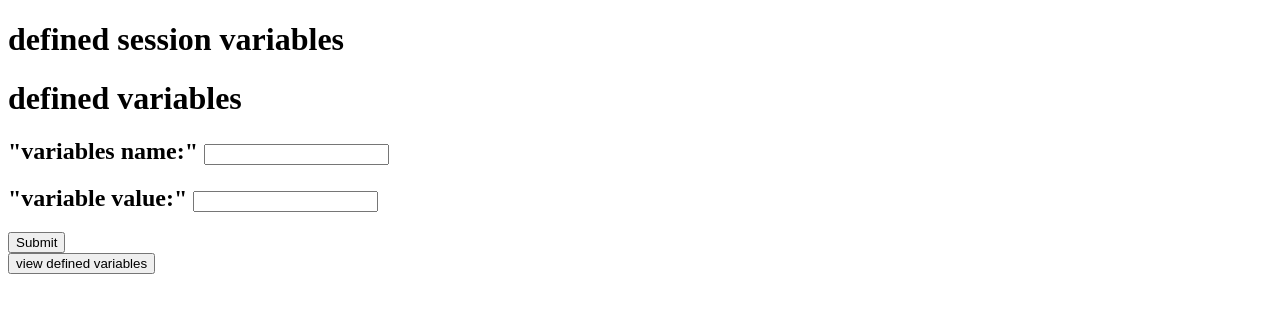
Repository: yousukeimura/attend_app
Page: Practice_php/lesson10.html
The author's editor kept a record of every edit. The page is drawn from the files as they stood at one moment, then again after the next edit.
The browser window is 1280 px wide. The pictures show the whole page.

Above is the page before.

### Practice_php/lesson10.html
<!DOCTYPE html>
<html>
<head>
</head>


<body>
 <form action="" method="POSt">
<h1>defined session variables</h1>
<h1>defined variables</h1>
<h2>"variables name:"
    <input type="text" name="var_name" value>
</h2>
<h2>
 "variable value:"
 <input type="value" value>
 </h2>
 <input type="submit" name="define_variable">
</form>

<form action="" method="GET">
    <input type="submit" value="view defined variables">
</form>

</body>
</html>

After the next edit:
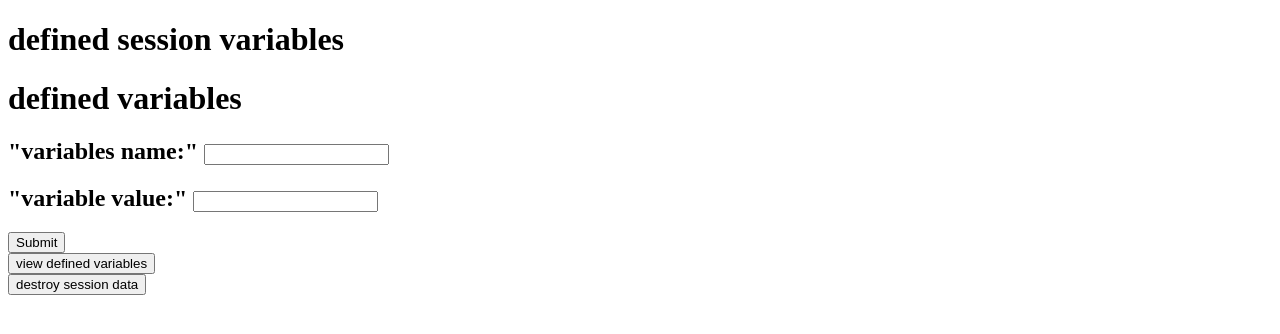
The edit:
--- a/Practice_php/lesson10.html
+++ b/Practice_php/lesson10.html
@@ -22,5 +22,9 @@
     <input type="submit" value="view defined variables">
 </form>
 
+<form action="php-session-destroy.php" method="GET">
+    <input type="submit" value="destroy session data">
+</form>
+
 </body>
 </html>
